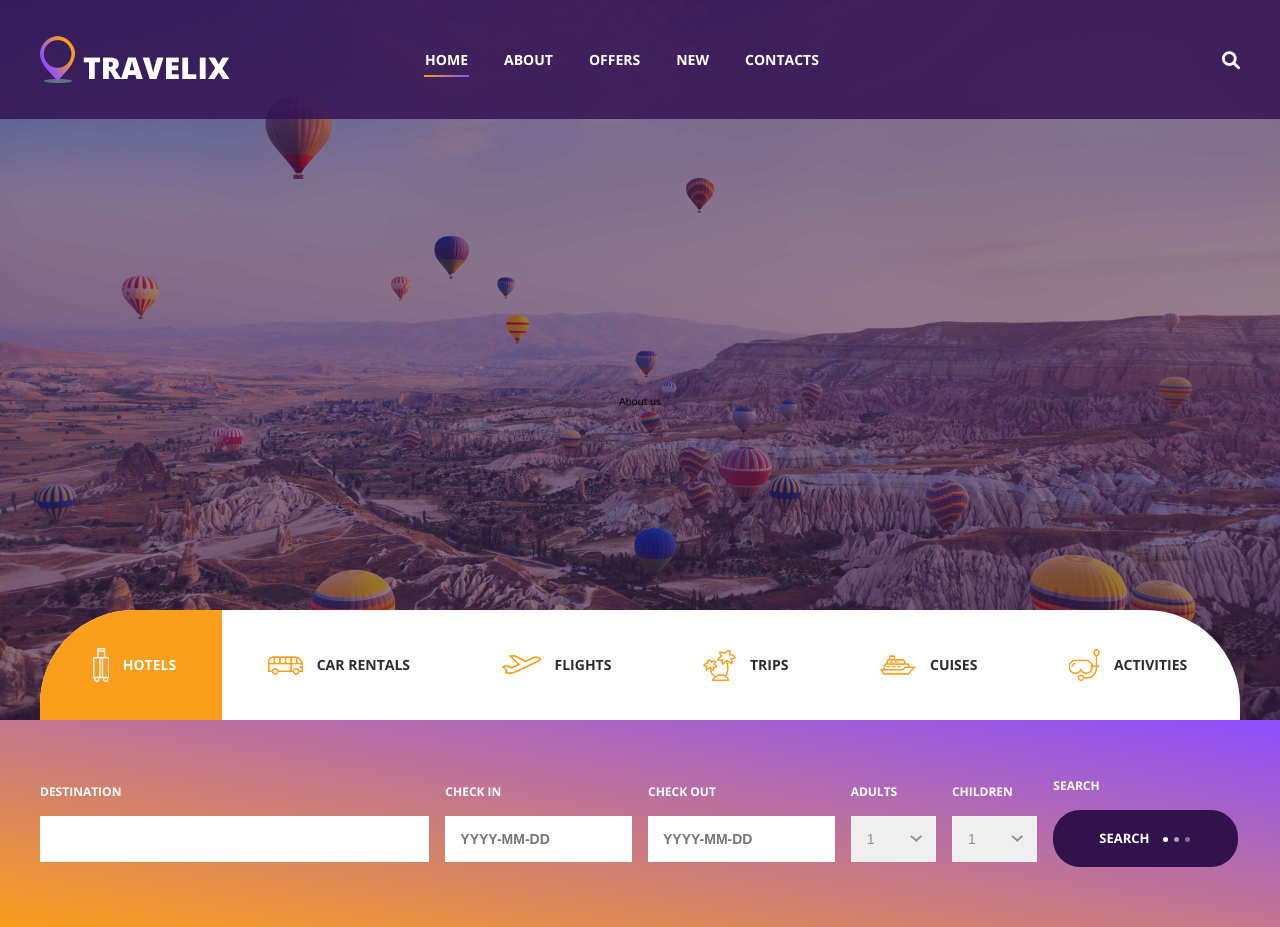
Repository: phamhuuloc/Travelix_Template
Page: offers.html
An editor plug-in stored every save of this project. The page is shown before and after the next save, followed by the edit.
The browser window is 1280 px wide. The pictures show the whole page.
Some web fonts or font styles are not loaded; a fallback is used.

Above is the page before, as saved 2021-10-15 11:19:30.

### offers.html
<!DOCTYPE html>
<html lang="en">
  <head>
    <meta charset="UTF-8" />
    <meta http-equiv="X-UA-Compatible" content="IE=edge" />
    <meta name="viewport" content="width=device-width, initial-scale=1.0" />
    <title>Document</title>
    <link rel="shortcut icon" href="./assets/img/logo.png" />
    <link
      href="https://fonts.googleapis.com/css2?family=Caramel&display=swap"
      rel="stylesheet"
    />
    <!-- GOOGLE FONT -->
    <link
      href="https://fonts.googleapis.com/css2?family=Birthstone&display=swap"
      rel="stylesheet"
    />
    <!-- FONT AWESOME -->
    <link
      rel="stylesheet"
      href="https://cdnjs.cloudflare.com/ajax/libs/font-awesome/6.0.0-beta2/css/all.min.css"
      integrity="sha512-YWzhKL2whUzgiheMoBFwW8CKV4qpHQAEuvilg9FAn5VJUDwKZZxkJNuGM4XkWuk94WCrrwslk8yWNGmY1EduTA=="
      crossorigin="anonymous"
      referrerpolicy="no-referrer"
    />
    <!-- CSS -->
    <link rel="stylesheet" href="./assets/css/reset.css" />
    <link rel="stylesheet" href="./assets/css/grid.css" />
    <link rel="stylesheet" href="./assets/css/base.css" />
    <link rel="stylesheet" href="./assets/css/offer.css" />
  </head>
  <body></body>
</html>
<header class="header">
  <div class="header-topbar" style="display: none">
    <div class="grid wide">
      <div class="header-topbar__container">
        <div class="row">
          <div class="col l-6">
            <div class="header-topbar__contact">
              <ul>
                <li>
                  <a href="">+84 945 000 917</a>
                </li>
                <li>
                  <a href=""><i class="fab fa-pinterest"></i></a>
                </li>
                <li>
                  <a href=""><i class="fab fa-facebook-f"></i></a>
                </li>
                <li>
                  <a href=""><i class="fab fa-twitter"></i></a>
                </li>
                <li>
                  <a href=""><i class="fab fa-dribbble"></i></a>
                </li>
                <li>
                  <a href=""><i class="fab fa-behance"></i></a>
                </li>
                <li>
                  <a href=""><i class="fab fa-linkedin-in"></i></a>
                </li>
              </ul>
            </div>
          </div>
          <div class="col l-6">
            <div class="header-topbar__login">
              <ul>
                <li><a href="">Login</a></li>
                <li><a href="">|</a></li>
                <li><a href="">Register</a></li>
              </ul>
            </div>
          </div>
        </div>
      </div>
    </div>
  </div>
  <div class="header-nav">
    <div class="grid wide">
      <div class="header-nav__container">
        <div class="row">
          <div class="col l-3">
            <div class="logo">
              <a href="" class="logo__link">
                <img src="./assets/img/logo.png" alt="" />
                <h2 class="logo__text">Travelix</h2>
              </a>
            </div>
          </div>
          <div class="col l-6 m-0 c-0">
            <div class="nav-menu">
              <ul class="nav-menu__list">
                <li class="nav-menu__item active">
                  <a href="./index.html" class="nav-menu__link">Home</a>
                </li>
                <li class="nav-menu__item">
                  <a href="./about.html" class="nav-menu__link">About</a>
                </li>
                <li class="nav-menu__item">
                  <a href="./offers.html" class="nav-menu__link">Offers</a>
                </li>
                <li class="nav-menu__item">
                  <a href="" class="nav-menu__link">New</a>
                </li>
                <li class="nav-menu__item">
                  <a href="" class="nav-menu__link">Contacts</a>
                </li>
              </ul>
            </div>
          </div>
          <div class="col l-3">
            <div class="header-search">
              <i class="fas fa-search header-search__icon"></i>
            </div>
          </div>
        </div>
      </div>
    </div>
  </div>
</header>
<div class="home">
  <div
    class="home-background"
    style="background-image: url(./assets/img/about.jpg)"
  ></div>
  <div class="home__title"><h1>About us</h1></div>
</div>
<section class="search">
  <div class="grid wide">
    <div class="search-option grid wide">
      <ul class="search-option__list">
        <li class="search-option__item active">
          <img
            src="./assets/img/suitcase.png"
            alt=""
            class="search-option__icon"
          />
          <span class="search-option__desc">Hotels</span>
        </li>
        <li class="search-option__item">
          <img src="./assets/img/bus.png" alt="" class="search-option__icon" />
          <span class="search-option__desc">car rentals</span>
        </li>
        <li class="search-option__item">
          <img
            src="./assets/img/departure.png"
            alt=""
            class="search-option__icon"
          />
          <span class="search-option__desc">flights</span>
        </li>
        <li class="search-option__item">
          <img
            src="./assets/img/island.png"
            alt=""
            class="search-option__icon"
          />
          <span class="search-option__desc">Trips</span>
        </li>
        <li class="search-option__item">
          <img
            src="./assets/img/cruise.png"
            alt=""
            class="search-option__icon"
          />
          <span class="search-option__desc">cuises</span>
        </li>
        <li class="search-option__item">
          <img
            src="./assets/img/diving.png"
            alt=""
            class="search-option__icon"
          />
          <span class="search-option__desc">Activities</span>
        </li>
      </ul>
    </div>
    <div class="search-destination">
      <div class="row sm-gutter">
        <div class="search__item col l-4">
          <div class="search__item-container">
            <h4>Destination</h4>
            <input type="text" class="search__item-input" />
          </div>
        </div>
        <div class="search__item col l-2">
          <div class="search__item-container">
            <h4>check In</h4>
            <input
              type="text"
              class="search__item-input"
              placeholder="YYYY-MM-DD"
            />
          </div>
        </div>
        <div class="search__item col l-2">
          <div class="search__item-container">
            <h4>check Out</h4>
            <input
              type="text"
              class="search__item-input"
              placeholder="YYYY-MM-DD"
            />
          </div>
        </div>
        <div class="search__item col l-1">
          <div class="search__item-container">
            <h4>Adults</h4>
            <!-- <input
                  type="number"
                  value="1"
                  min="1"
                  max="6"
                  class="search__item-input"
                /> -->
            <select
              class="search__item-select"
              style="background-image: url(./assets/img/dropdown.png)"
            >
              <option value="">1</option>
              <option value="">2</option>
              <option value="">3</option>
            </select>
          </div>
        </div>
        <div class="search__item col l-1">
          <div class="search__item-container">
            <h4>Children</h4>
            <select
              class="search__item-select"
              style="background-image: url(./assets/img/dropdown.png)"
            >
              <option value="">1</option>
              <option value="">2</option>
              <option value="">3</option>
            </select>
          </div>
        </div>
        <div class="search__item col l-2">
          <div class="search__item-container">
            <h4>Search</h4>
            <div class="search-destination__btn">
              <a href="#" class="btn-link">
                Search
                <span></span>
                <span></span>
                <span></span>
              </a>
            </div>
          </div>
        </div>
      </div>
    </div>
  </div>
</section>

### assets/css/grid.css
.grid {
  width: 100%;
  padding: 0;
}
.grid.wide {
  max-width: 1200px;

  margin: 0 auto;
}
.row {
  display: flex;
  flex-wrap: wrap;
  margin-left: -4px;
  margin-right: -4px;
}
.row.no-gutters {
  margin-left: 0;
  margin-right: 0;
}
.col {
  padding-left: 4px;
  padding-right: 4px;
}
.row.no-gutters .col {
  margin-left: 0;
  margin-right: 0;
}

.c-0 {
  display: none;
}

.c-1 {
  flex: 0 0 8.33333%;
  max-width: 8.33333%;
}

.c-2 {
  flex: 0 0 16.66667%;
  max-width: 16.66667%;
}

.c-3 {
  flex: 0 0 25%;
  max-width: 25%;
}

.c-4 {
  flex: 0 0 33.33333%;
  max-width: 33.33333%;
}

.c-5 {
  flex: 0 0 41.66667%;
  max-width: 41.66667%;
}

.c-6 {
  flex: 0 0 50%;
  max-width: 50%;
}

.c-7 {
  flex: 0 0 58.33333%;
  max-width: 58.33333%;
}

.c-8 {
  flex: 0 0 66.66667%;
  max-width: 66.66667%;
}

.c-9 {
  flex: 0 0 75%;
  max-width: 75%;
}

.c-10 {
  flex: 0 0 83.33333%;
  max-width: 83.33333%;
}

.c-11 {
  flex: 0 0 91.66667%;
  max-width: 91.66667%;
}

.c-12 {
  flex: 0 0 100%;
  max-width: 100%;
}

.c-o-1 {
  margin-left: 8.33333%;
}

.c-o-2 {
  margin-left: 16.66667%;
}

.c-o-3 {
  margin-left: 25%;
}

.c-o-4 {
  margin-left: 33.33333%;
}

.c-o-5 {
  margin-left: 41.66667%;
}

.c-o-6 {
  margin-left: 50%;
}

.c-o-7 {
  margin-left: 58.33333%;
}

.c-o-8 {
  margin-left: 66.66667%;
}

.c-o-9 {
  margin-left: 75%;
}

.c-o-10 {
  margin-left: 83.33333%;
}

.c-o-11 {
  margin-left: 91.66667%;
}
/* TABLET */
@media (min-width: 740px) {
  .row {
    margin-left: -8px;
    margin-right: -8px;
  }
  .col {
    padding-right: 8px;
    padding-left: 8px;
  }
  .m-0 {
    display: none;
  }
  .m-1,
  .m-2,
  .m-3,
  .m-4,
  .m-5,
  .m-6,
  .m-7,
  .m-8,
  .m-9,
  .m-10,
  .m-11,
  .m-12 {
    display: block;
  }

  .m-1 {
    flex: 0 0 8.33333%;
    max-width: 8.33333%;
  }

  .m-2 {
    flex: 0 0 16.66667%;
    max-width: 16.66667%;
  }

  .m-3 {
    flex: 0 0 25%;
    max-width: 25%;
  }

  .m-4 {
    flex: 0 0 33.33333%;
    max-width: 33.33333%;
  }

  .m-5 {
    flex: 0 0 41.66667%;
    max-width: 41.66667%;
  }

  .m-6 {
    flex: 0 0 50%;
    max-width: 50%;
  }

  .m-7 {
    flex: 0 0 58.33333%;
    max-width: 58.33333%;
  }

  .m-8 {
    flex: 0 0 66.66667%;
    max-width: 66.66667%;
  }

  .m-9 {
    flex: 0 0 75%;
    max-width: 75%;
  }

  .m-10 {
    flex: 0 0 83.33333%;
    max-width: 83.33333%;
  }

  .m-11 {
    flex: 0 0 91.66667%;
    max-width: 91.66667%;
  }

  .m-12 {
    flex: 0 0 100%;
    max-width: 100%;
  }

  .m-o-1 {
    margin-left: 8.33333%;
  }

  .m-o-2 {
    margin-left: 16.66667%;
  }

  .m-o-3 {
    margin-left: 25%;
  }

  .m-o-4 {
    margin-left: 33.33333%;
  }

  .m-o-5 {
    margin-left: 41.66667%;
  }

  .m-o-6 {
    margin-left: 50%;
  }

  .m-o-7 {
    margin-left: 58.33333%;
  }

  .m-o-8 {
    margin-left: 66.66667%;
  }

  .m-o-9 {
    margin-left: 75%;
  }

  .m-o-10 {
    margin-left: 83.33333%;
  }

  .m-o-11 {
    margin-left: 91.66667%;
  }
}
/* PC MEDIUM RESOLUTION */
@media (min-width: 1113px) {
  .row {
    margin-left: -12px;
    margin-right: -12px;
  }
  .row.sm-gutter {
    margin-left: -8px;
    margin-right: -8px;
  }
  .col {
    padding-left: 12px;
    padding-right: 12px;
  }
  .row.sm-gutter .col {
    padding-left: 8px;
    padding-right: 8px;
  }
  .l-0 {
    display: none;
  }

  .l-1,
  .l-2,
  .l-2-4,
  .l-3,
  .l-4,
  .l-5,
  .l-6,
  .l-7,
  .l-8,
  .l-9,
  .l-10,
  .l-11,
  .l-12 {
    display: block;
  }

  .l-1 {
    flex: 0 0 8.33333%;
    max-width: 8.33333%;
  }

  .l-2 {
    flex: 0 0 16.66667%;
    max-width: 16.66667%;
  }

  .l-2-4 {
    flex: 0 0 20%;
    max-width: 20%;
  }

  .l-3 {
    flex: 0 0 25%;
    max-width: 25%;
  }

  .l-4 {
    flex: 0 0 33.33333%;
    max-width: 33.33333%;
  }

  .l-5 {
    flex: 0 0 41.66667%;
    max-width: 41.66667%;
  }

  .l-6 {
    flex: 0 0 50%;
    max-width: 50%;
  }

  .l-7 {
    flex: 0 0 58.33333%;
    max-width: 58.33333%;
  }

  .l-8 {
    flex: 0 0 66.66667%;
    max-width: 66.66667%;
  }

  .l-9 {
    flex: 0 0 75%;
    max-width: 75%;
  }

  .l-10 {
    flex: 0 0 83.33333%;
    max-width: 83.33333%;
  }

  .l-11 {
    flex: 0 0 91.66667%;
    max-width: 91.66667%;
  }

  .l-12 {
    flex: 0 0 100%;
    max-width: 100%;
  }

  .l-o-1 {
    margin-left: 8.33333%;
  }

  .l-o-2 {
    margin-left: 16.66667%;
  }

  .l-o-3 {
    margin-left: 25%;
  }

  .l-o-4 {
    margin-left: 33.33333%;
  }

  .l-o-5 {
    margin-left: 41.66667%;
  }

  .l-o-6 {
    margin-left: 50%;
  }

  .l-o-7 {
    margin-left: 58.33333%;
  }

  .l-o-8 {
    margin-left: 66.66667%;
  }

  .l-o-9 {
    margin-left: 75%;
  }

  .l-o-10 {
    margin-left: 83.33333%;
  }

  .l-o-11 {
    margin-left: 91.66667%;
  }
}
/* TABLET AND PC */
@media (min-width: 740px) and (max-width: 1023px) {
  .wide {
    width: 644px;
  }
}
/* > PC  LOW RESOLUTION */
@media (min-width: 1024px) and (max-width: 1239px) {
  .wide {
    width: 984px;
  }
}
.form__item {
  display: flex;
  flex-direction: column;
}

### assets/css/offer.css
.home__title {
  position: absolute;
  top: 55%;
  left: 50%;
  transform: translateX(-50%);
}

Loaded but not shown: assets/css/reset.css (common file); assets/css/base.css (556 lines, source omitted)

After the next save:
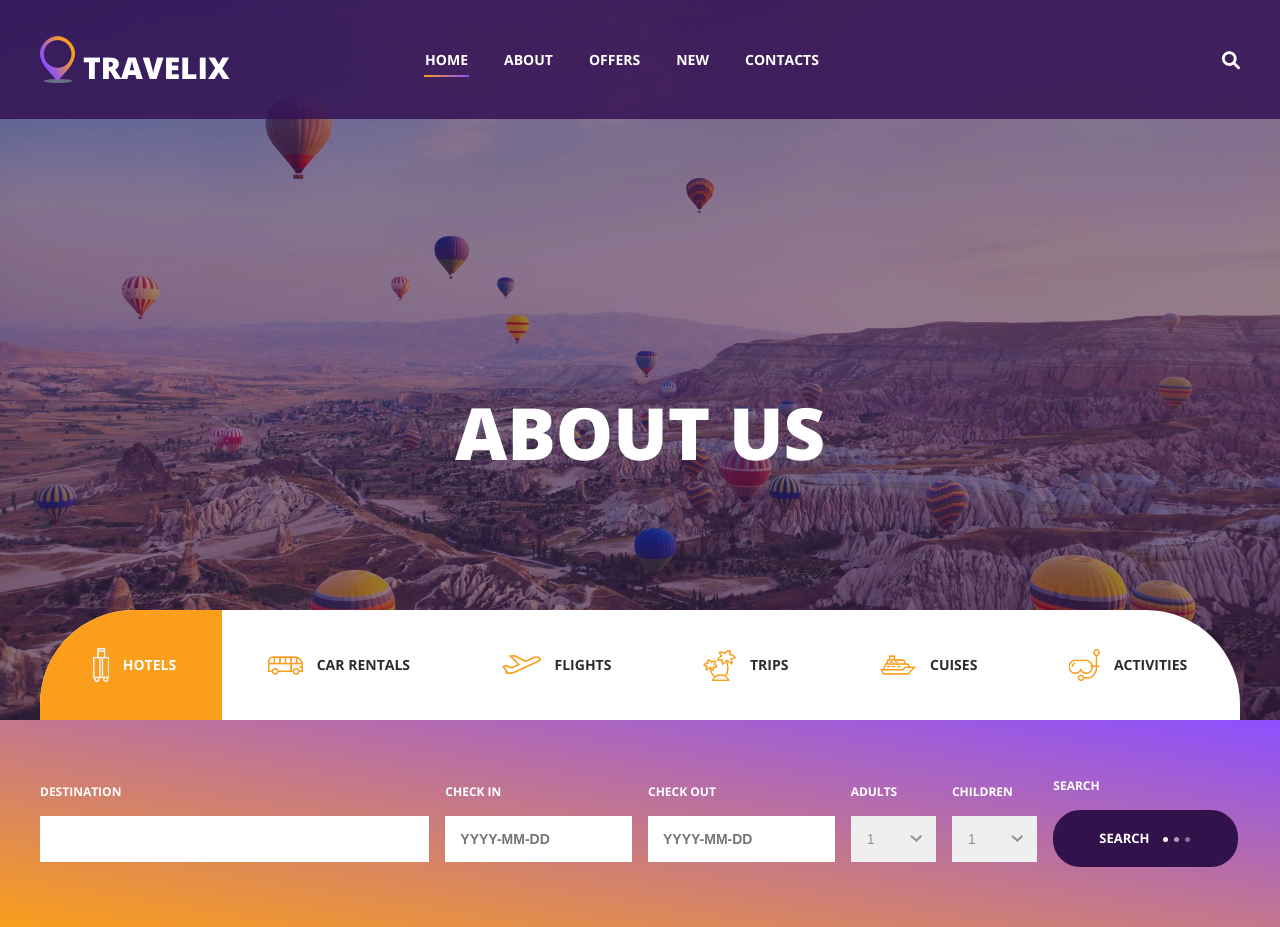
Saved 28 s later.
--- a/assets/css/offer.css
+++ b/assets/css/offer.css
@@ -4,3 +4,9 @@
   left: 50%;
   transform: translateX(-50%);
 }
+.home__title h1 {
+  font-size: 7.2rem;
+  font-weight: 800;
+  color: var(--white-color);
+  text-transform: uppercase;
+}
